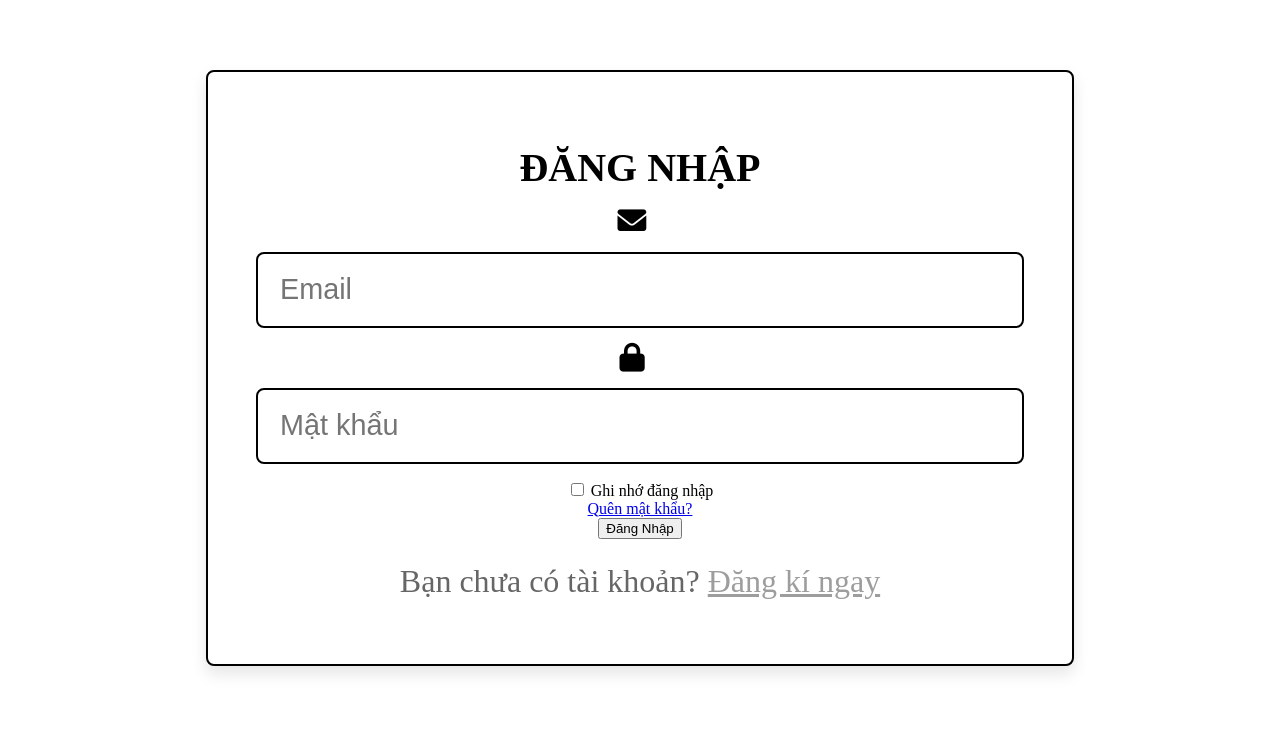
Repository: Dien973/expense_manager
Page: http://localhost/expense_manager/user_page/login.php
The author's editor kept a copy of each file at every save. The page is drawn from the files as they stood at one save, then again after the next save.
The browser window is 1280 px wide. The pictures show the whole page.
The page is run by PHP 8.4 with error messages shown; the project is at /var/www/html/. user_page/conn.php is not in the repository; a stand-in opens the database connection.

Above is the page before, as saved 2025-12-05 13:42:17.

After the next save:
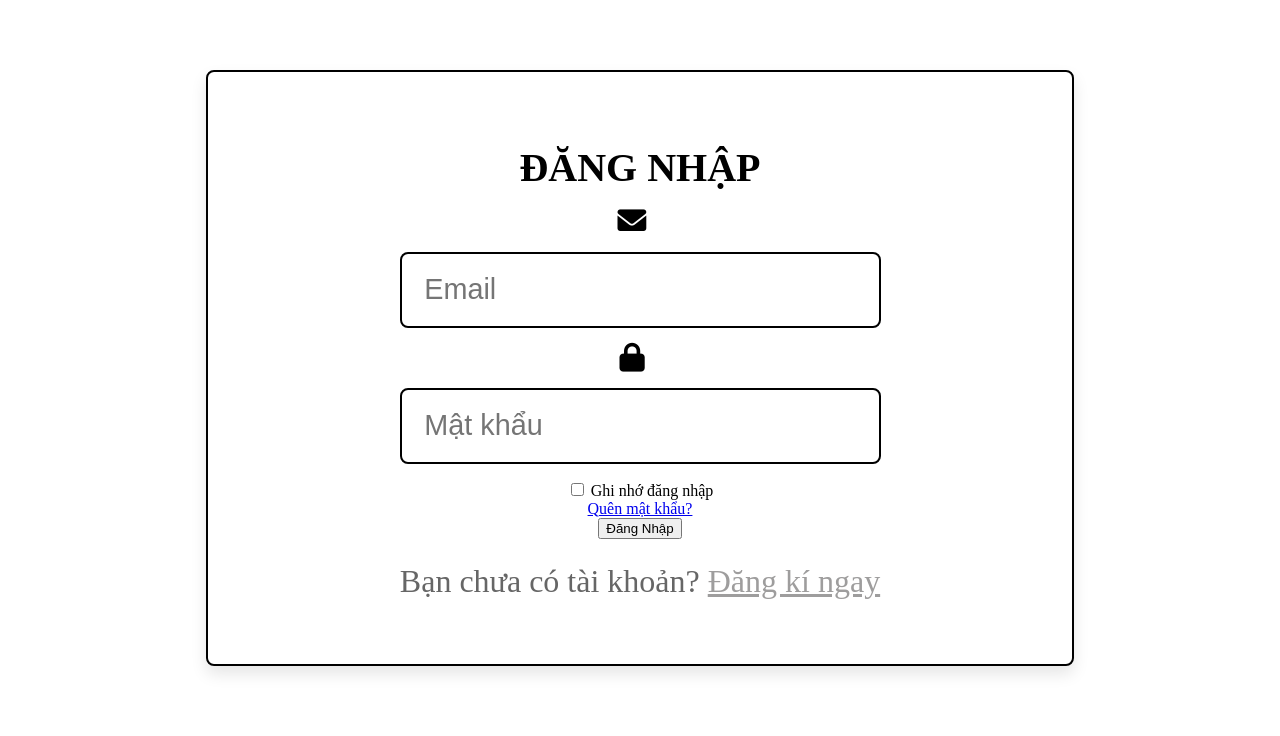
Saved 40 s later.
--- a/css/main.css
+++ b/css/main.css
@@ -23,9 +23,7 @@
 }
 
 .form-container form .input-boxes {
-  display: inline;
-  flex-direction: column;
-  align-items: center;
+  display: inline-block;
 }
 .form-container form .box {
   width: 90%;
